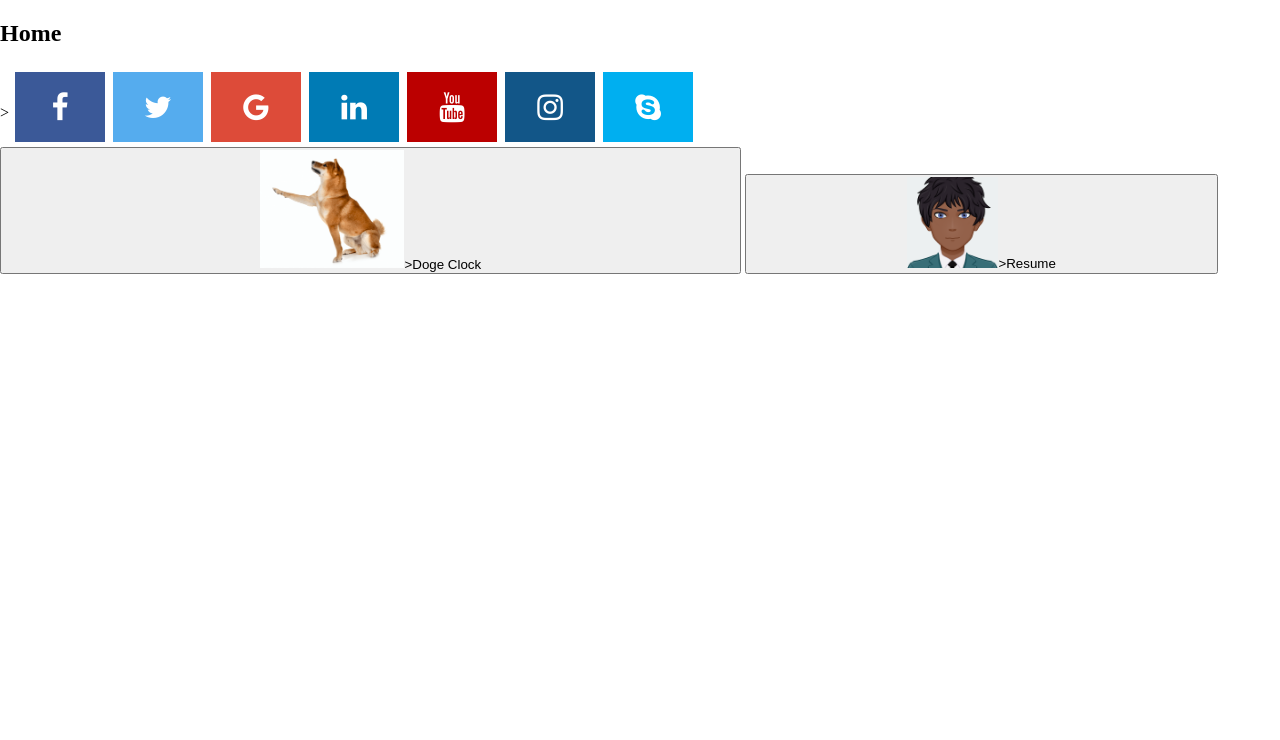
Repository: MatthewSalazar30/MatthewSalazar30.github.io
Page: Home.html
The author's editor kept a record of every edit. The page is drawn from the files as they stood at one moment, then again after the next edit.
The browser window is 1280 px wide. The pictures show the whole page.

Above is the page before.

### Home.html
<!DOCTYPE html>
<html>
<head>
<meta name="viewport" content="width=device-width, initial-scale=1">
<link rel="stylesheet" href="https://cdnjs.cloudflare.com/ajax/libs/font-awesome/4.7.0/css/font-awesome.min.css">




<style>

body, html {  height: 100%;margin: 0;}
.bg {
/* The image used */
background-image: url("https://media.giphy.com/media/10ECejNtM1GyRy/giphy.gif");
/* Full height */
height: 100%;
/* Center and scale the image nicely */
background-position: center;
background-repeat: no-repeat;
background-size: cover;  }
</style>

<style>



.fa {
  padding: 20px;
  font-size: 30px;
  width: 50px;
  text-align: center;
  text-decoration: none;
  margin: 5px 2px;
}

.fa:hover {
    opacity: 0.7;
}

.fa-facebook {
  background: #3B5998;
  color: white;
}

.fa-doge {
  background: #3B5998;
  color: white;
}
.fa-twitter {
  background: #55ACEE;
  color: white;
}

.fa-google {
  background: #dd4b39;
  color: white;
}

.fa-linkedin {
  background: #007bb5;
  color: white;
}

.fa-youtube {
  background: #bb0000;
  color: white;
}

.fa-instagram {
  background: #125688;
  color: white;
}

.fa-pinterest {
  background: #cb2027;
  color: white;
}

.fa-snapchat-ghost {
  background: #fffc00;
  color: white;
  text-shadow: -1px 0 black, 0 1px black, 1px 0 black, 0 -1px black;
}

.fa-skype {
  background: #00aff0;
  color: white;
}

.fa-android {
  background: #a4c639;
  color: white;
}

.fa-dribbble {
  background: #ea4c89;
  color: white;
}

.fa-vimeo {
  background: #45bbff;
  color: white;
}

.fa-tumblr {
  background: #2c4762;
  color: white;
}

.fa-vine {
  background: #00b489;
  color: white;
}

.fa-foursquare {
  background: #45bbff;
  color: white;
}

.fa-stumbleupon {
  background: #eb4924;
  color: white;
}

.fa-flickr {
  background: #f40083;
  color: white;
}

.fa-yahoo {
  background: #430297;
  color: white;
}

.fa-soundcloud {
  background: #ff5500;
  color: white;
}

.fa-reddit {
  background: #ff5700;
  color: white;
}

.fa-rss {
  background: #ff6600;
  color: white;
}
</style>
</head>
<body>

<h2>Home</h2>
>

<!-- Add font awesome icons -->
<a href="https://www.facebook.com/" class="fa fa-facebook"></a>
<a href="https://twitter.com/" class="fa fa-twitter"></a>
<a href="https://www.google.com/" class="fa fa-google"></a>
<a href="https://www.linkedin.com/" class="fa fa-linkedin"></a>
<a href="https://www.youtube.com/" class="fa fa-youtube"></a>
<a href="https://www.instagram.com/" class="fa fa-instagram"></a>
<a href="https://www.skype.com/en/" class="fa fa-skype"></a>


<div class="container">
  <a href="Dogs.html"> <button class="btn"><img src="images/Doge.jpg" style="width:20%">>Doge Clock</button style="width:100&"></a>
  <a href="avatar.html">  <button class="btn"><img src="images/myAvatar.png" style="width:20%">>Resume</button style="width:100&"></a>


</a>
</div>



</body>
</html>

After the next edit:
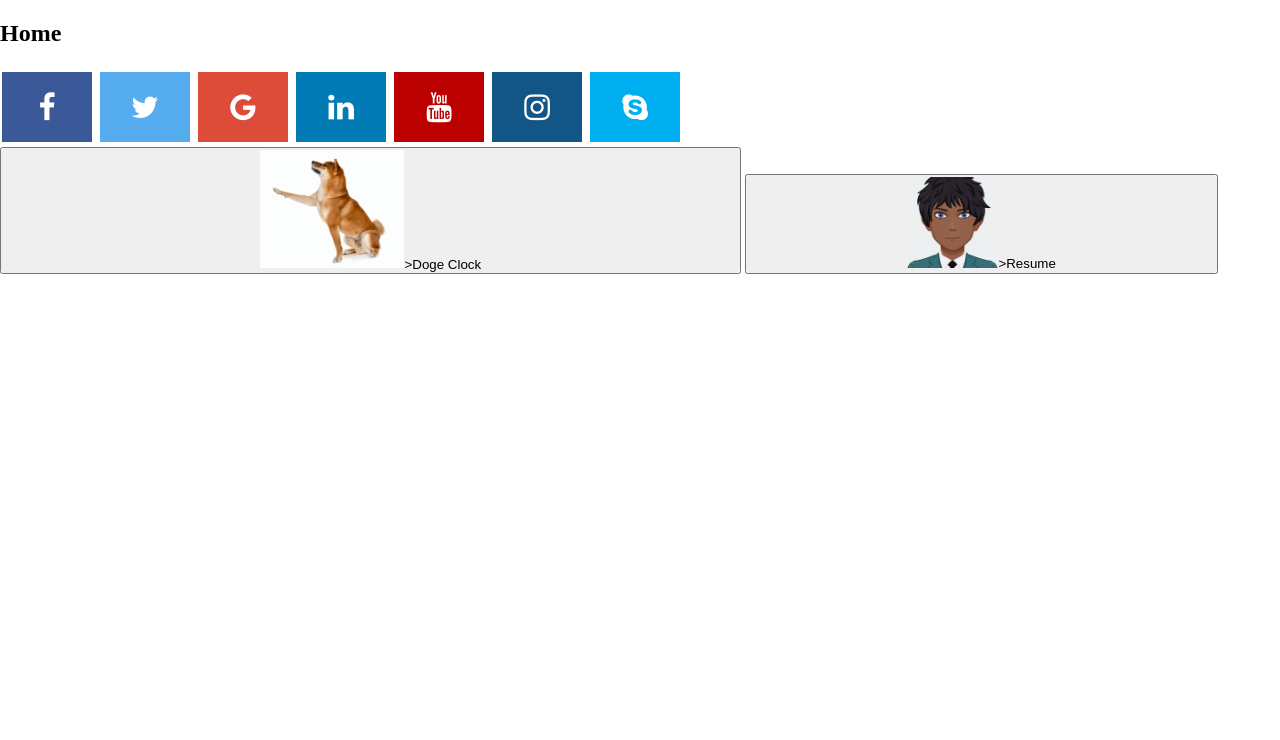
The edit:
--- a/Home.html
+++ b/Home.html
@@ -152,7 +152,7 @@
 <body>
 
 <h2>Home</h2>
->
+
 
 <!-- Add font awesome icons -->
 <a href="https://www.facebook.com/" class="fa fa-facebook"></a>
